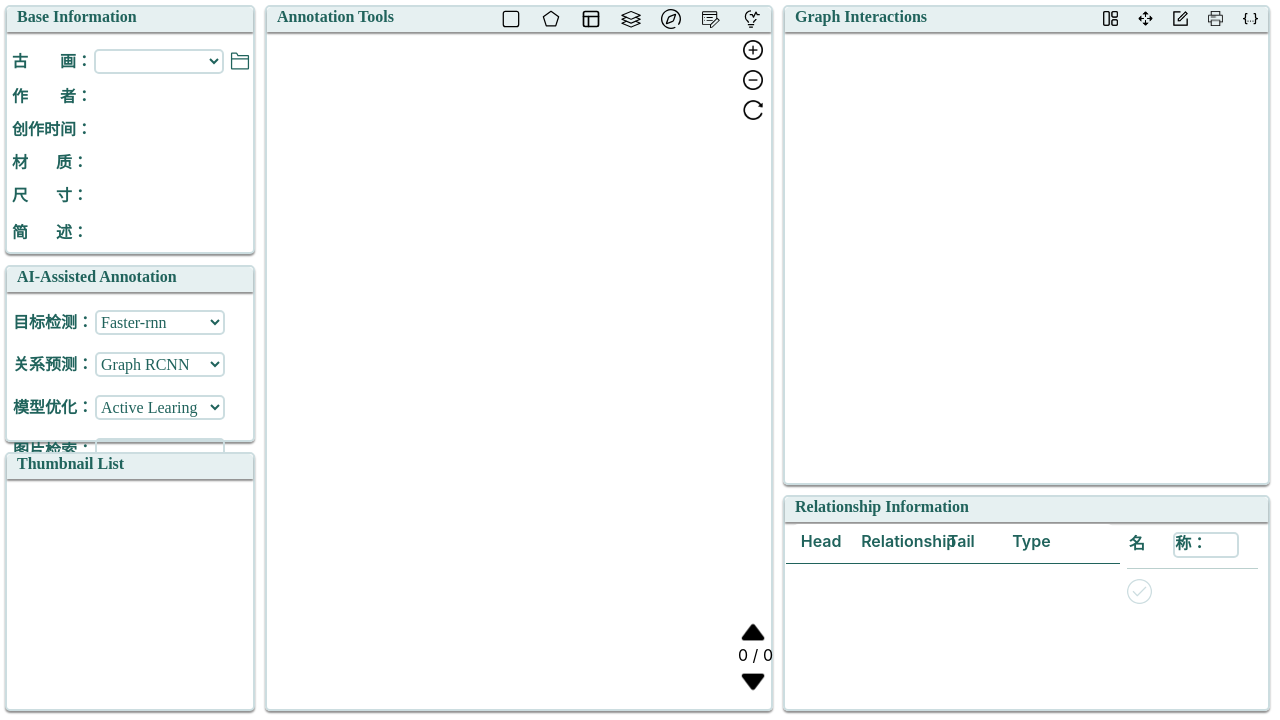
Repository: cailbh/ImageLabelTool
Page: /
The author's editor kept a copy of each file at every save. The page is drawn from the files as they stood at one save, then again after the next save.
The browser window is 1280 px wide. The pictures show the whole page.
The project was rebuilt for these pictures with package versions that can differ from the ones it lists, and the page was loaded fresh each time.

Above is the page before, as saved 2022-11-14 22:52:05.

After the next save:
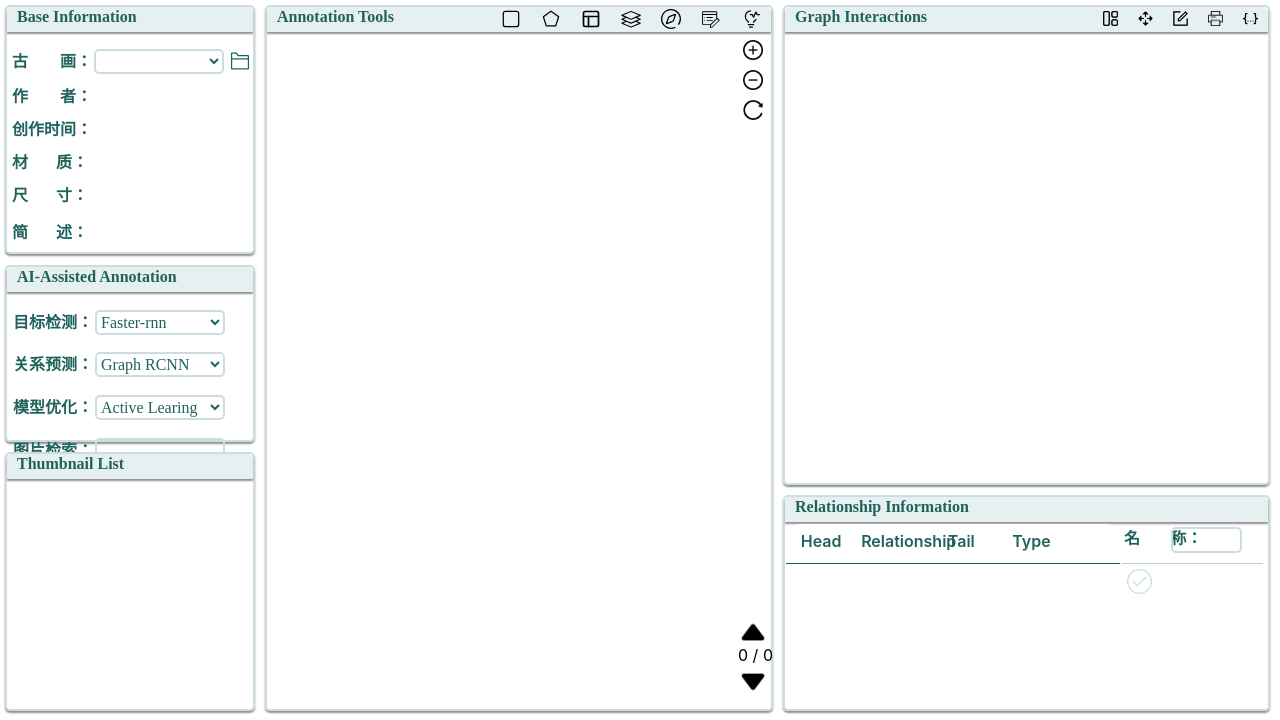
Saved 14 s later.
--- a/src/component/AttributeInput/index.css
+++ b/src/component/AttributeInput/index.css
@@ -1,5 +1,5 @@
 .nameInput{
-    margin: 5px;
+    /* margin: 5px; */
     height: 40px;
     border-bottom: 1px rgba(32,99,92,0.3) solid;
 }
